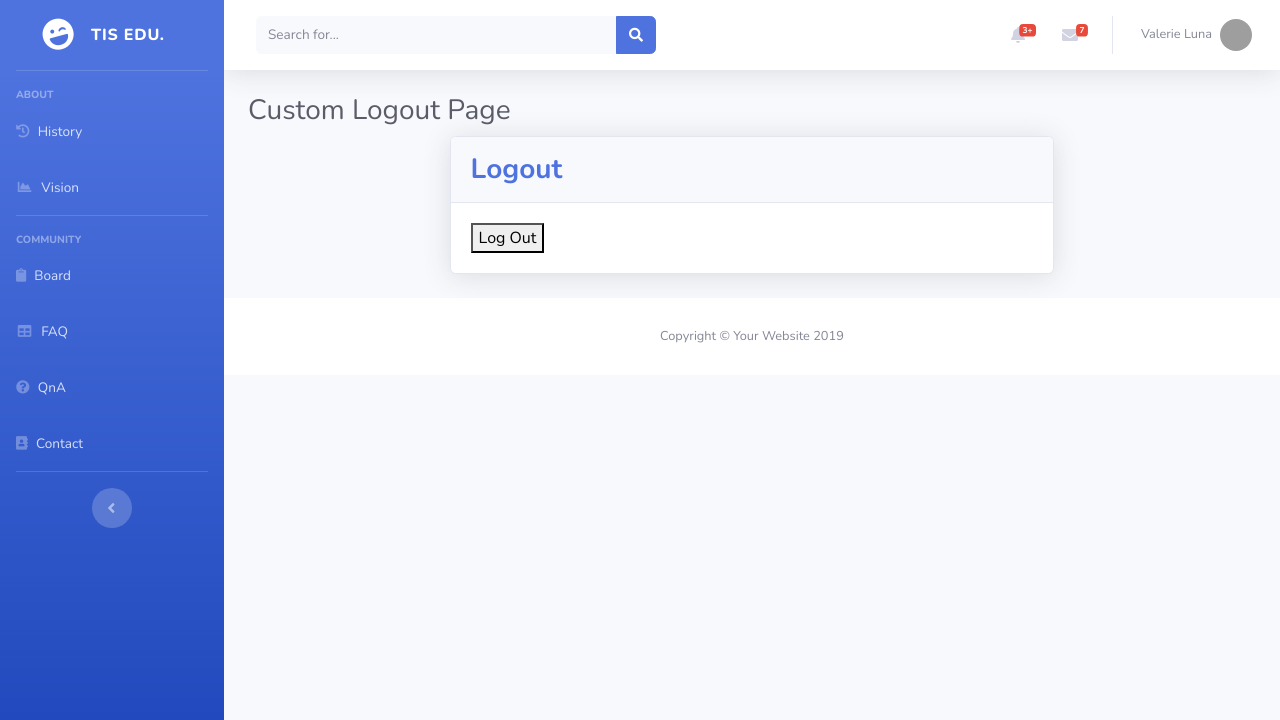
Repository: dkfagh/Spring_WS_2019
Page: http://localhost/ex02/WEB-INF/views/customLogout.jsp
These files come from the project's save history. The page is drawn as it stood at one moment and after the next save; the edit follows.
The browser window is 1280 px wide. The pictures show the whole page.
Pictures or frames that could not be fetched are drawn as grey boxes. The page is served by Tomcat 9. Nobody is signed in. Other server files are loaded and not shown. The template is opened directly, without the code that normally fills it, so the values that code supplies are empty.

Above is the page before, as saved 2020-01-15 02:35:54.

### ex02/src/main/webapp/WEB-INF/views/customLogout.jsp
<%@ page language="java" contentType="text/html; charset=UTF-8"
    pageEncoding="UTF-8"%>
<%@ taglib uri="http://java.sun.com/jsp/jstl/core" prefix="c" %>

<%@include file="./includes/header.jsp" %>

 	<!-- Begin Page Content -->
    <div class="container-fluid">

		<h1 class="h3 mb-2 text-gray-800">Custom Logout Page</h1>


		<div class="card shadow mb-4" style="width:60%; margin:auto;">

			<div class="card-header py-3">
              <h6 class="m-0 font-weight-bold text-primary h3">Logout</h6>
            </div>

			<div class="card-body">

				<form action="/customLogout" method="post">
					<input type="hidden" name="${_csrf.parameterName }" value="${_csrf.token }" />
					<button>Log Out</button>
				</form>

			<!-- end card-body -->
			</div>

		<!-- end card -->
		</div>

	<!-- /.container-fluid -->
	</div>

<%@ include file="./includes/footer.jsp" %>

### ex02/src/main/webapp/WEB-INF/views/includes/header.jsp
<%@ page language="java" contentType="text/html; charset=UTF-8"
    pageEncoding="UTF-8"%>
<%@ taglib uri="http://www.springframework.org/security/tags" prefix="sec" %>
<!DOCTYPE html>
<html>

<head>

  <meta charset="utf-8">
  <meta http-equiv="X-UA-Compatible" content="IE=edge">
  <meta name="viewport" content="width=device-width, initial-scale=1, shrink-to-fit=no">
  <meta name="description" content="">
  <meta name="author" content="">

  <title>SB Admin 2 - Tables</title>

  <!-- Custom fonts for this template -->
  <link href="/resources/vendor/fontawesome-free/css/all.min.css" rel="stylesheet" type="text/css">
  <link href="https://fonts.googleapis.com/css?family=Nunito:200,200i,300,300i,400,400i,600,600i,700,700i,800,800i,900,900i" rel="stylesheet">

  <!-- Custom styles for this template -->
  <link href="/resources/css/sb-admin-2.min.css" rel="stylesheet">

  <!-- Custom styles for this page -->
  <link href="/resources/vendor/datatables/dataTables.bootstrap4.min.css" rel="stylesheet">

</head>

<body id="page-top">
	<div class='bigPictureWrapper'>
     	<div class='bigPicture'>
     	</div>
    </div>

  <!-- Page Wrapper -->
  <div id="wrapper">

    <!-- Sidebar -->
    <ul class="navbar-nav bg-gradient-primary sidebar sidebar-dark accordion" id="accordionSidebar">

      <!-- Sidebar - Brand -->
      <a class="sidebar-brand d-flex align-items-center justify-content-center" href="/board/list">
        <div class="sidebar-brand-icon rotate-n-15">
          <i class="fas fa-laugh-wink"></i>
        </div>
        <div class="sidebar-brand-text mx-3">TIS Edu.</div>
      </a>

      <!-- Divider -->
      <hr class="sidebar-divider">

      <!-- Heading -->
      <div class="sidebar-heading">
        About
      </div>

      <!-- Nav Item - History -->
      <li class="nav-item">
        <a class="nav-link" href="charts.html">
          <i class="fas fa-history"></i>
          <span>History</span></a>
      </li>

      <!-- Nav Item - Vision -->
      <li class="nav-item">
        <a class="nav-link" href="charts.html">
          <i class="fas fa-fw fa-chart-area"></i>
          <span>Vision</span></a>
      </li>

      <!-- Divider -->
      <hr class="sidebar-divider">

      <!-- Heading -->
      <div class="sidebar-heading">
        Community
      </div>

      <!-- Nav Item - Board -->
      <li class="nav-item">
        <a class="nav-link" href="charts.html">
          <i class="fas fa-clipboard"></i>
          <span>Board</span></a>
      </li>

      <!-- Nav Item - FAQ -->
      <li class="nav-item">
        <a class="nav-link" href="tables.html">
          <i class="fas fa-fw fa-table"></i>
          <span>FAQ</span></a>
      </li>

      <!-- Nav Item - QnA -->
      <li class="nav-item">
        <a class="nav-link" href="tables.html">
          <i class="fas fa-question-circle"></i>
          <span>QnA</span></a>
      </li>

      <!-- Nav Item - Contact -->
      <li class="nav-item">
        <a class="nav-link" href="tables.html">
          <i class="fas fa-address-book"></i>
          <span>Contact</span></a>
      </li>

      <!-- Divider -->
      <hr class="sidebar-divider d-none d-md-block">

      <!-- Sidebar Toggler (Sidebar) -->
      <div class="text-center d-none d-md-inline">
        <button class="rounded-circle border-0" id="sidebarToggle"></button>
      </div>

    </ul>
    <!-- End of Sidebar -->

    <!-- Content Wrapper -->
    <div id="content-wrapper" class="d-flex flex-column">

      <!-- Main Content -->
      <div id="content">

        <!-- Topbar -->
        <nav class="navbar navbar-expand navbar-light bg-white topbar mb-4 static-top shadow">

          <!-- Sidebar Toggle (Topbar) -->
          <button id="sidebarToggleTop" class="btn btn-link d-md-none rounded-circle mr-3">
            <i class="fa fa-bars"></i>
          </button>

          <!-- Topbar Search -->
          <form class="d-none d-sm-inline-block form-inline mr-auto ml-md-3 my-2 my-md-0 mw-100 navbar-search">
            <div class="input-group">
              <input type="text" class="form-control bg-light border-0 small" placeholder="Search for..." aria-label="Search" aria-describedby="basic-addon2">
              <div class="input-group-append">
                <button class="btn btn-primary" type="button">
                  <i class="fas fa-search fa-sm"></i>
                </button>
              </div>
            </div>
          </form>

          <!-- Topbar Navbar -->
          <ul class="navbar-nav ml-auto">

            <!-- Nav Item - Search Dropdown (Visible Only XS) -->
            <li class="nav-item dropdown no-arrow d-sm-none">
              <a class="nav-link dropdown-toggle" href="#" id="searchDropdown" role="button" data-toggle="dropdown" aria-haspopup="true" aria-expanded="false">
                <i class="fas fa-search fa-fw"></i>
              </a>
              <!-- Dropdown - Messages -->
              <div class="dropdown-menu dropdown-menu-right p-3 shadow animated--grow-in" aria-labelledby="searchDropdown">
                <form class="form-inline mr-auto w-100 navbar-search">
                  <div class="input-group">
                    <input type="text" class="form-control bg-light border-0 small" placeholder="Search for..." aria-label="Search" aria-describedby="basic-addon2">
                    <div class="input-group-append">
                      <button class="btn btn-primary" type="button">
                        <i class="fas fa-search fa-sm"></i>
                      </button>
                    </div>
                  </div>
                </form>
              </div>
            </li>

            <!-- Nav Item - Alerts -->
            <li class="nav-item dropdown no-arrow mx-1">
              <a class="nav-link dropdown-toggle" href="#" id="alertsDropdown" role="button" data-toggle="dropdown" aria-haspopup="true" aria-expanded="false">
                <i class="fas fa-bell fa-fw"></i>
                <!-- Counter - Alerts -->
                <span class="badge badge-danger badge-counter">3+</span>
              </a>
              <!-- Dropdown - Alerts -->
              <div class="dropdown-list dropdown-menu dropdown-menu-right shadow animated--grow-in" aria-labelledby="alertsDropdown">
                <h6 class="dropdown-header">
                  Alerts Center
                </h6>
                <a class="dropdown-item d-flex align-items-center" href="#">
                  <div class="mr-3">
                    <div class="icon-circle bg-primary">
                      <i class="fas fa-file-alt text-white"></i>
                    </div>
                  </div>
                  <div>
                    <div class="small text-gray-500">December 12, 2019</div>
                    <span class="font-weight-bold">A new monthly report is ready to download!</span>
                  </div>
                </a>
                <a class="dropdown-item d-flex align-items-center" href="#">
                  <div class="mr-3">
                    <div class="icon-circle bg-success">
                      <i class="fas fa-donate text-white"></i>
                    </div>
                  </div>
                  <div>
                    <div class="small text-gray-500">December 7, 2019</div>
                    $290.29 has been deposited into your account!
                  </div>
                </a>
                <a class="dropdown-item d-flex align-items-center" href="#">
                  <div class="mr-3">
                    <div class="icon-circle bg-warning">
                      <i class="fas fa-exclamation-triangle text-white"></i>
                    </div>
                  </div>
                  <div>
                    <div class="small text-gray-500">December 2, 2019</div>
                    Spending Alert: We've noticed unusually high spending for your account.
                  </div>
                </a>
                <a class="dropdown-item text-center small text-gray-500" href="#">Show All Alerts</a>
              </div>
            </li>

            <!-- Nav Item - Messages -->
            <li class="nav-item dropdown no-arrow mx-1">
              <a class="nav-link dropdown-toggle" href="#" id="messagesDropdown" role="button" data-toggle="dropdown" aria-haspopup="true" aria-expanded="false">
                <i class="fas fa-envelope fa-fw"></i>
                <!-- Counter - Messages -->
                <span class="badge badge-danger badge-counter">7</span>
              </a>
              <!-- Dropdown - Messages -->
              <div class="dropdown-list dropdown-menu dropdown-menu-right shadow animated--grow-in" aria-labelledby="messagesDropdown">
                <h6 class="dropdown-header">
                  Message Center
                </h6>
                <a class="dropdown-item d-flex align-items-center" href="#">
                  <div class="dropdown-list-image mr-3">
                    <img class="rounded-circle" src="https://source.unsplash.com/fn_BT9fwg_E/60x60" alt="">
                    <div class="status-indicator bg-success"></div>
                  </div>
                  <div class="font-weight-bold">
                    <div class="text-truncate">Hi there! I am wondering if you can help me with a problem I've been having.</div>
                    <div class="small text-gray-500">Emily Fowler � 58m</div>
                  </div>
                </a>
                <a class="dropdown-item d-flex align-items-center" href="#">
                  <div class="dropdown-list-image mr-3">
                    <img class="rounded-circle" src="https://source.unsplash.com/AU4VPcFN4LE/60x60" alt="">
                    <div class="status-indicator"></div>
                  </div>
                  <div>
                    <div class="text-truncate">I have the photos that you ordered last month, how would you like them sent to you?</div>
                    <div class="small text-gray-500">Jae Chun � 1d</div>
                  </div>
                </a>
                <a class="dropdown-item d-flex align-items-center" href="#">
                  <div class="dropdown-list-image mr-3">
                    <img class="rounded-circle" src="https://source.unsplash.com/CS2uCrpNzJY/60x60" alt="">
                    <div class="status-indicator bg-warning"></div>
                  </div>
                  <div>
                    <div class="text-truncate">Last month's report looks great, I am very happy with the progress so far, keep up the good work!</div>
                    <div class="small text-gray-500">Morgan Alvarez � 2d</div>
                  </div>
                </a>
                <a class="dropdown-item d-flex align-items-center" href="#">
                  <div class="dropdown-list-image mr-3">
                    <img class="rounded-circle" src="https://source.unsplash.com/Mv9hjnEUHR4/60x60" alt="">
                    <div class="status-indicator bg-success"></div>
                  </div>
                  <div>
                    <div class="text-truncate">Am I a good boy? The reason I ask is because someone told me that people say this to all dogs, even if they aren't good...</div>
                    <div class="small text-gray-500">Chicken the Dog � 2w</div>
                  </div>
                </a>
                <a class="dropdown-item text-center small text-gray-500" href="#">Read More Messages</a>
              </div>
            </li>

            <div class="topbar-divider d-none d-sm-block"></div>

            <!-- Nav Item - User Information -->
            <li class="nav-item dropdown no-arrow">
              <a class="nav-link dropdown-toggle" href="#" id="userDropdown" role="button" data-toggle="dropdown" aria-haspopup="true" aria-expanded="false">
                <span class="mr-2 d-none d-lg-inline text-gray-600 small">Valerie Luna

                </span>
                <img class="img-profile rounded-circle" src="https://source.unsplash.com/QAB-WJcbgJk/60x60">
              </a>
              <!-- Dropdown - User Information -->
              <div class="dropdown-menu dropdown-menu-right shadow animated--grow-in" aria-labelledby="userDropdown">
                <a class="dropdown-item" href="#">
                  <i class="fas fa-user fa-sm fa-fw mr-2 text-gray-400"></i>
                  Profile
                </a>
                <a class="dropdown-item" href="#">
                  <i class="fas fa-cogs fa-sm fa-fw mr-2 text-gray-400"></i>
                  Settings
                </a>
                <a class="dropdown-item" href="#">
                  <i class="fas fa-list fa-sm fa-fw mr-2 text-gray-400"></i>
                  Activity Log
                </a>
                <div class="dropdown-divider"></div>

                <sec:authorize access="isAuthenticated()">
	                <a class="dropdown-item" href="/customLogout">
	                  <i class="fas fa-sign-out-alt fa-sm fa-fw mr-2 text-gray-400"></i>
	                  Logout
	                </a>
                </sec:authorize>

                <sec:authorize access="isAnonymous()">
	                <a class="dropdown-item" href="/customLogin">
	                  <i class="fas fa-sign-out-alt fa-sm fa-fw mr-2 text-gray-400"></i>
	                  Login
	                </a>
                </sec:authorize>
              </div>
            </li>

          </ul>

        </nav>
        <!-- End of Topbar -->

### ex02/src/main/webapp/WEB-INF/views/includes/footer.jsp
<!-- Footer -->
      <footer class="sticky-footer bg-white">
        <div class="container my-auto">
          <div class="copyright text-center my-auto">
            <span>Copyright &copy; Your Website 2019</span>
          </div>
        </div>
      </footer>
      <!-- End of Footer -->

    </div>
    <!-- End of Content Wrapper -->

  </div>
  <!-- End of Page Wrapper -->

  <!-- Scroll to Top Button-->
  <a class="scroll-to-top rounded" href="#page-top">
    <i class="fas fa-angle-up"></i>
  </a>

  <!-- Bootstrap core JavaScript-->
  <script src="/resources/vendor/jquery/jquery.min.js"></script>
  <script src="/resources/vendor/bootstrap/js/bootstrap.bundle.min.js"></script>

  <!-- Core plugin JavaScript-->
  <script src="/resources/vendor/jquery-easing/jquery.easing.min.js"></script>

  <!-- Custom scripts for all pages-->
  <script src="/resources/js/sb-admin-2.js"></script>

  <!-- Page level plugins -->
  <script src="/resources/vendor/datatables/jquery.dataTables.min.js"></script>
  <script src="/resources/vendor/datatables/dataTables.bootstrap4.min.js"></script>

  <!-- Page level custom scripts -->
  <script src="/resources/js/demo/datatables-demo.js"></script>

</body>

</html>

### ex02/src/main/webapp/resources/js/sb-admin-2.js
(function($) {
  "use strict"; // Start of use strict

  // Toggle the side navigation
  $("#sidebarToggle, #sidebarToggleTop").on('click', function(e) {
    $("body").toggleClass("sidebar-toggled");
    $(".sidebar").toggleClass("toggled");
    if ($(".sidebar").hasClass("toggled")) {
      $('.sidebar .collapse').collapse('hide');
    };
  });

  // Close any open menu accordions when window is resized below 768px
  $(window).resize(function() {
    if ($(window).width() < 768) {
      $('.sidebar .collapse').collapse('hide');
    };
  });

  $(window).resize(function() {
	    if ($(window).width() < 425) {
	    	$("body").addClass("sidebar-toggled");
	    	$(".sidebar").addClass("toggled");
			  if ($(".sidebar").hasClass("toggled")) {
			      $('.sidebar .collapse').collapse('hide');
			    };
	    };
	  });

  $(document).ready(function() {
	  if ($(window).width() < 425) {
		  	$("body").addClass("sidebar-toggled");
		  	$(".sidebar").addClass("toggled");
				  if ($(".sidebar").hasClass("toggled")) {
				      $('.sidebar .collapse').collapse('hide');
				    };
		  };
  });


  // Prevent the content wrapper from scrolling when the fixed side navigation hovered over
  $('body.fixed-nav .sidebar').on('mousewheel DOMMouseScroll wheel', function(e) {
    if ($(window).width() > 768) {
      var e0 = e.originalEvent,
        delta = e0.wheelDelta || -e0.detail;
      this.scrollTop += (delta < 0 ? 1 : -1) * 30;
      e.preventDefault();
    }
  });

  // Scroll to top button appear
  $(document).on('scroll', function() {
    var scrollDistance = $(this).scrollTop();
    if (scrollDistance > 100) {
      $('.scroll-to-top').fadeIn();
    } else {
      $('.scroll-to-top').fadeOut();
    }
  });

  // Smooth scrolling using jQuery easing
  $(document).on('click', 'a.scroll-to-top', function(e) {
    var $anchor = $(this);
    $('html, body').stop().animate({
      scrollTop: ($($anchor.attr('href')).offset().top)
    }, 1000, 'easeInOutExpo');
    e.preventDefault();
  });

})(jQuery); // End of use strict

Loaded but not shown: ex02/src/main/webapp/resources/css/sb-admin-2.min.css (library); ex02/src/main/webapp/resources/js/demo/datatables-demo.js (common file)

After the next save:
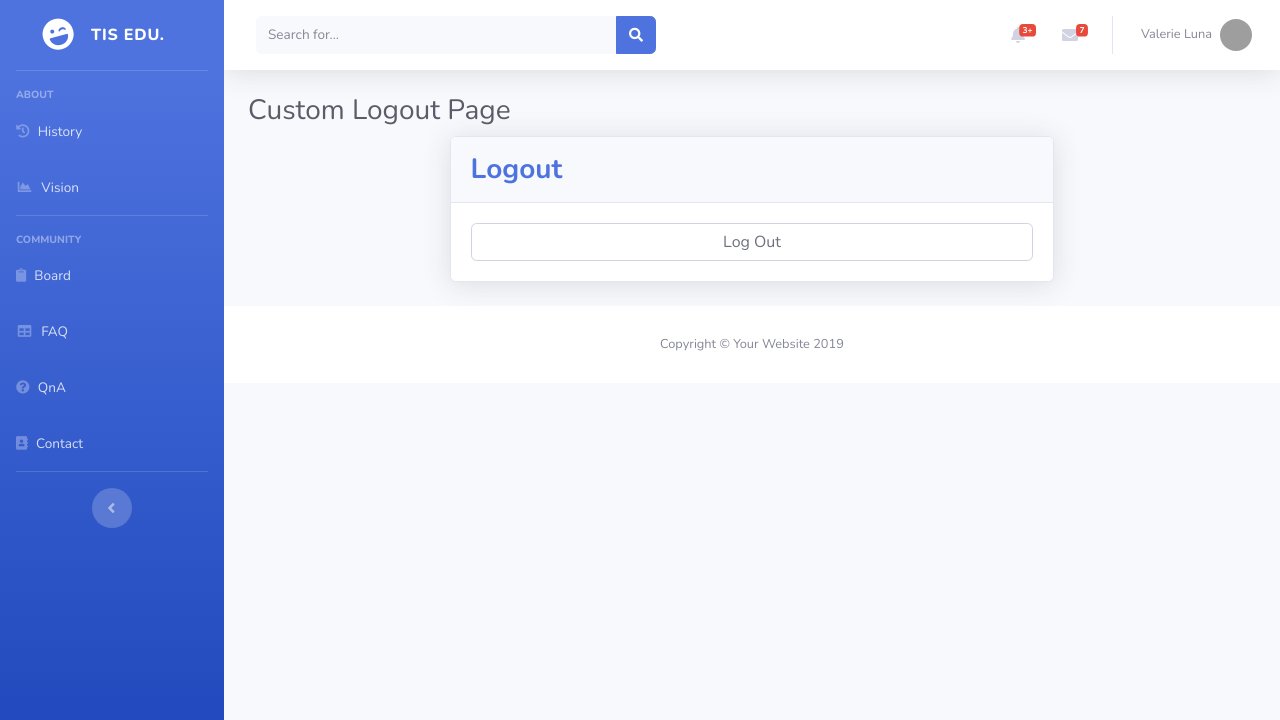
Saved 53 s later.
--- a/ex02/src/main/webapp/WEB-INF/views/customLogout.jsp
+++ b/ex02/src/main/webapp/WEB-INF/views/customLogout.jsp
@@ -20,7 +20,7 @@
 
 				<form action="/customLogout" method="post">
 					<input type="hidden" name="${_csrf.parameterName }" value="${_csrf.token }" />
-					<button>Log Out</button>
+					<button class="form-control" >Log Out</button>
 				</form>
 
 			<!-- end card-body -->
